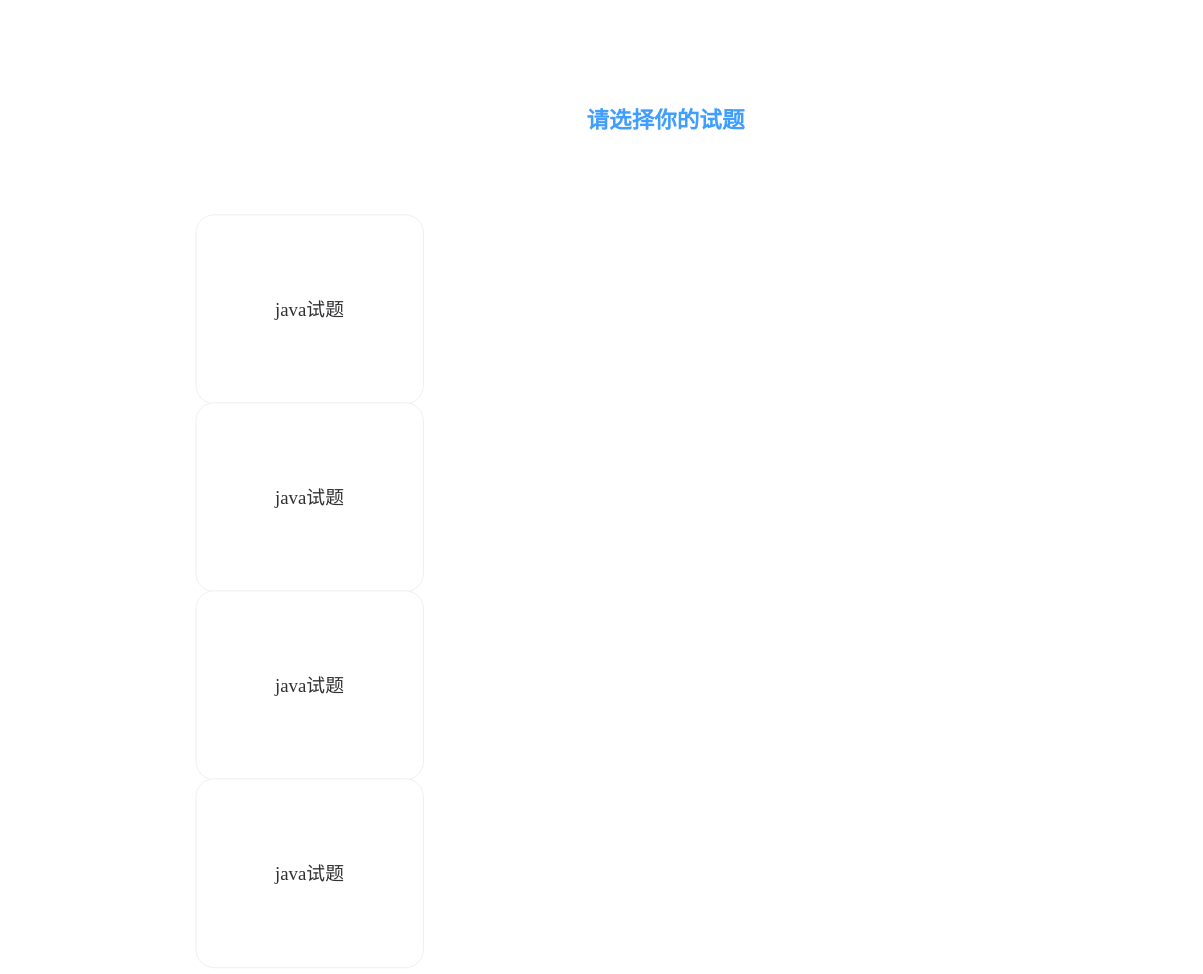
Repository: Fhup/OQP
Page: /home
An editor plug-in stored every save of this project. The page is shown before and after the next save, followed by the edit.
The browser window is 1280 px wide. The pictures show the whole page, at 94% of full size.
The project was rebuilt for these pictures with package versions that can differ from the ones it lists, and the page was loaded fresh each time.

Above is the page before, as saved 2021-11-28 08:46:59.

### index.html
<!DOCTYPE html>
<html>
  <head>
    <meta charset="utf-8">
    <meta name="viewport" content="width=device-width,initial-scale=1.0">
    <title>oqp</title>
  </head>
  <body>
    <div id="app"></div>
    <!-- built files will be auto injected -->
  </body>
</html>

### src/main.js
import Vue from 'vue'
import App from './App'
import router from './router'

import ElementUI from 'element-ui';
import 'element-ui/lib/theme-chalk/index.css';

Vue.config.productionTip = false


Vue.use(ElementUI);

new Vue({
    el: '#app',
    router,
    render: h => h(App)
})

### src/App.vue
<template>
  <div id="app">
    <router-view></router-view>
  </div>
</template>

<script>
export default {
    name: 'App',
}
</script>

<style scoped>
  @import url('assets/css/base.css');
</style>

### src/router/index.js
//配置路由相关的信息
import Vue from 'vue'
import Router from 'vue-router'

const home = () =>
    import ('views/home/home')
const login = () =>
    import ('views/login/login')



// Vue.use() 安装插件
Vue.use(Router);
// 对多次push进行处理
const originalPush = Router.prototype.push
Router.prototype.push = function push(location) {
    return originalPush.call(this, location).catch(err => err)
}

var routes = [{
        path: "",
        redirect: "/login"
    },
    {
        path: "/login",
        component: login
    },
    {
        path: "/home",
        component: home
    }
]

const router = new Router({
    mode: 'history',
    linkActiveClass: 'active',
    routes
})


//前置守卫(guard)
// router.beforeEach((to, from, next) => {
//     //从from到to 实现路由导航
//     document.title = to.matched[0].meta.title
//     next()
// })

//后置钩子(hook)
// router.afterEach((to, from) => {
//     // console.log('----------')
// })

export default router

### src/views/home/home.vue
<template>
<div class="home">
  <home-check/>
</div>
</template>

<script>
import homeCheck from './childCopms/homeCheck.vue';
export default {
  components: { homeCheck },
  name: 'Home',

  data() {
    return {

    };
  },

  mounted() {

  },

  methods: {

  },
};
</script>

<style scoped>

</style>

### src/views/home/childCopms/homeCheck.vue
<template>
  <div class="homecheck">
      <el-row>
        <el-col :span="24"><div class="top">
          <h2>请选择你的试题</h2>
        </div></el-col>
      </el-row>
      <el-row :gutter="10" v-for="(index,item) in type" :key="index" class="checked">
        <home-check-item/>
      <!-- <el-col :span="6"><div class="grid-content" @click="check('java')">
        <el-card shadow="hover" >
          java试题
        </el-card>
      </div></el-col>
      <el-col :span="6"><div class="grid-content" @click="check('c')">
        <el-card shadow="hover" >
          c语言试题
        </el-card>
      </div></el-col>
      <el-col :span="6"><div class="grid-content" @click="check('javascript')">
        <el-card shadow="hover" >
          javascript试题
        </el-card>
      </div></el-col>
      <el-col :span="6"><div class="grid-content" @click="check('vue')">
        <el-card shadow="hover">
          vue试题
        </el-card>
      </div></el-col> -->
    </el-row>
  <el-dialog
    :title="checked"
    :visible.sync="dialogVisible"
    width="30%"
    :before-close="handleClose">
    <div>
      <div class="block">
        <span class="demonstration">选择试题个数(默认为10个)</span>
        <el-slider
          v-model="value"
          :step="10"
          :min="10"
          show-stops>
        </el-slider>
      </div>
    </div>
    <span slot="footer" class="dialog-footer">
      <el-button @click="dialogVisible = false">取 消</el-button>
      <el-button type="primary" @click="dialogVisible = false">确 定</el-button>
    </span>
  </el-dialog>
  </div>
</template>

<script>
import homeCheckItem from './homeCheckItem.vue';
export default {
  components: { homeCheckItem },
  name: 'homeCheck',

  data() {
    return {
      type:["java","c","javascript","vue"],
      dialogVisible: false,
      checked:null,
      value:[10,100]
    };
  },

  mounted() {

  },

  methods: {
    handleClose(done) {
        this.$confirm('确认关闭？')
          .then(_ => {
            done();
          })
          .catch(_ => {});
      },
    check(info){
      this.dialogVisible=true
      this.checked=info
    }
  },
};
</script>

<style scoped>
.homecheck{
    margin: 0 200px;
    min-width: 1000px;
    user-select: none;
  }
  .top{
    height: 200px;
    line-height: 200px;
    text-align: center;
  }
  h2{
    cursor: help;
    color:  #409EFF;
  }
</style>

<style>
  .homecheck .grid-content {
    min-height: 200px;
    min-width: 200px;
    height: 200px;
    border-radius: 20px;
    line-height: 160px;
    text-align: center;
    font-size: 20px;
    cursor: pointer;
  }
  .homecheck .el-card{
    height: 200px;
    border-radius: 20px;
  }
</style>

### src/views/home/childCopms/homeCheckItem.vue
<template>
  <div class="homecheckitem">
    <el-col :span="6"><div class="grid-content">
        <el-card shadow="hover" >
          java试题
        </el-card>
    </div></el-col>
  </div>
</template>

<script>
export default {
  name: 'homeCheckItem',

  data() {
    return {
    };
  },

  mounted() {

  },

  methods: {

  },
};
</script>

<style scoped>

</style>

<style>

</style>

Loaded but not shown: src/assets/css/base.css (common file)

After the next save:
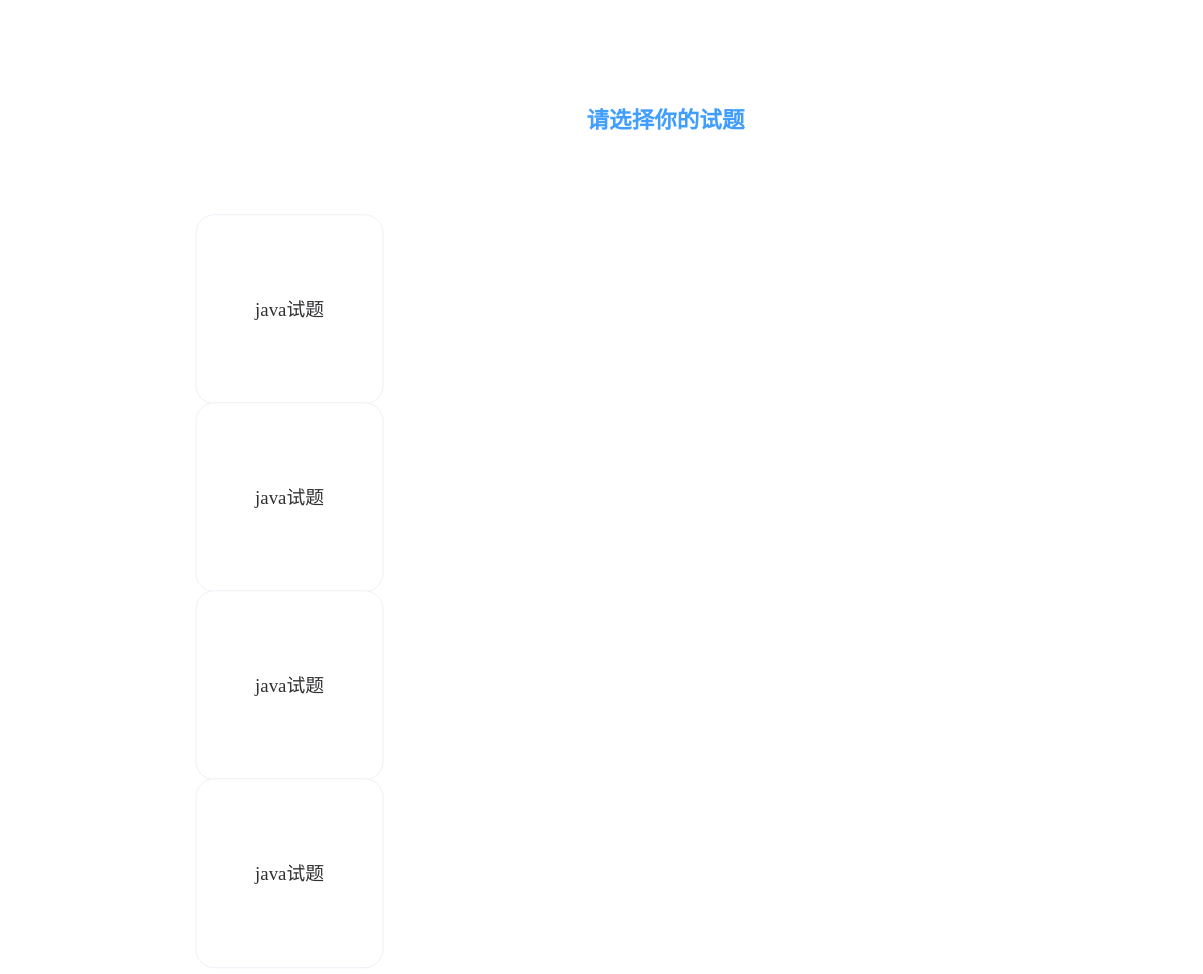
Saved 29 s later.
--- a/src/views/home/childCopms/homeCheck.vue
+++ b/src/views/home/childCopms/homeCheck.vue
@@ -102,6 +102,9 @@
     cursor: help;
     color:  #409EFF;
   }
+  .checked{
+    display: flex;
+  }
 </style>
 
 <style>

After the save that followed:
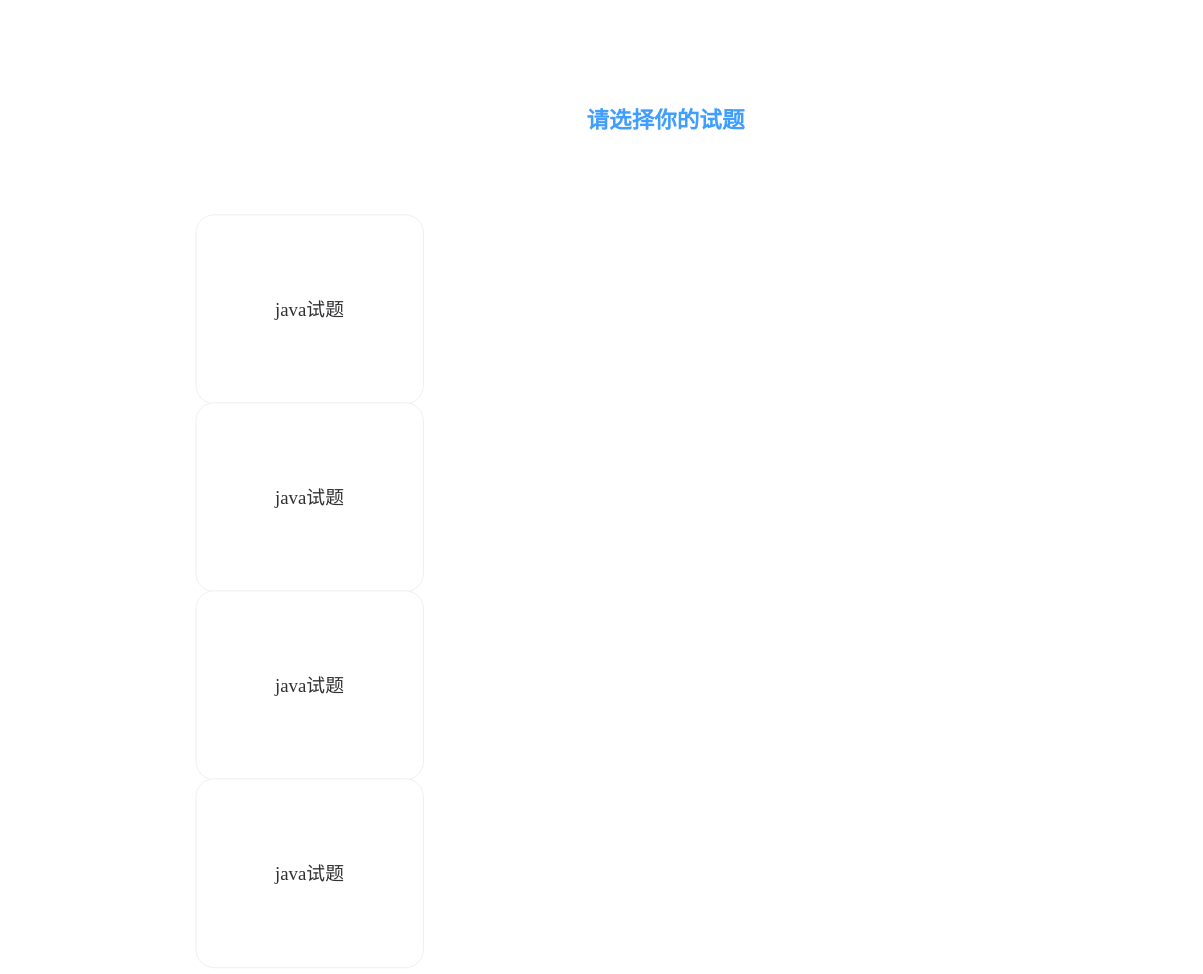
Saved 25 s later.
--- a/src/views/home/childCopms/homeCheck.vue
+++ b/src/views/home/childCopms/homeCheck.vue
@@ -5,7 +5,7 @@
           <h2>请选择你的试题</h2>
         </div></el-col>
       </el-row>
-      <el-row :gutter="10" v-for="(index,item) in type" :key="index" class="checked">
+      <el-row :gutter="10" v-for="(index,item) in type" :key="index">
         <home-check-item/>
       <!-- <el-col :span="6"><div class="grid-content" @click="check('java')">
         <el-card shadow="hover" >
@@ -102,9 +102,6 @@
     cursor: help;
     color:  #409EFF;
   }
-  .checked{
-    display: flex;
-  }
 </style>
 
 <style>
